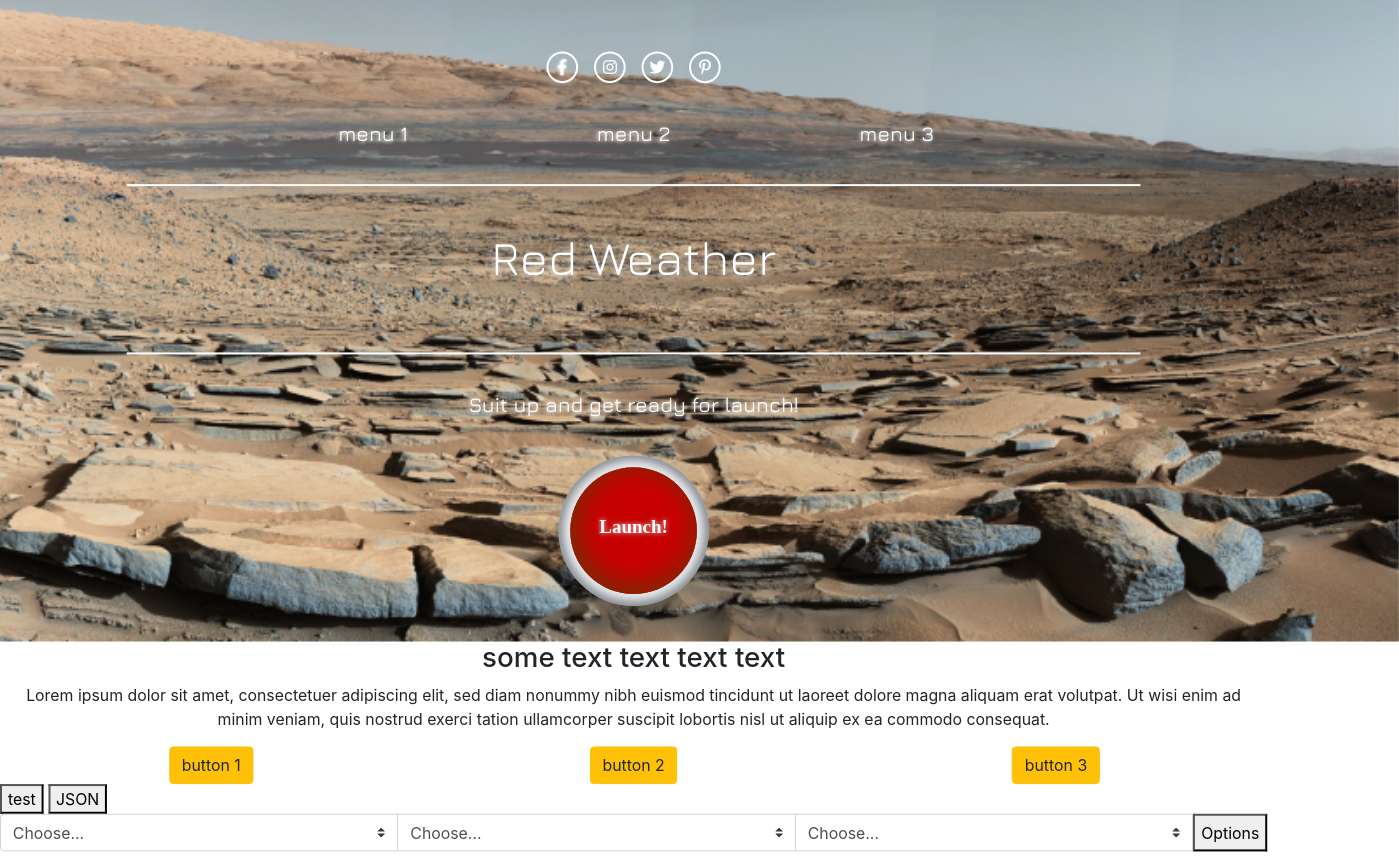
Repository: romqrq/Red-Planet-Explorer
Page: index.html
The author's editor kept a record of every edit. The page is drawn from the files as they stood at one moment, then again after the next edit.
The browser window is 1280 px wide. The page is 1413 px wide, so the pictures cover 1413 px, including what lies to the right of the window. The pictures show the whole page, at 99% of full size.
Some web fonts or font styles are not loaded; a fallback is used. Some web libraries are served in a nearby version.

Above is the page before.
Console error: ReferenceError: getKeys is not defined

After the next edit:
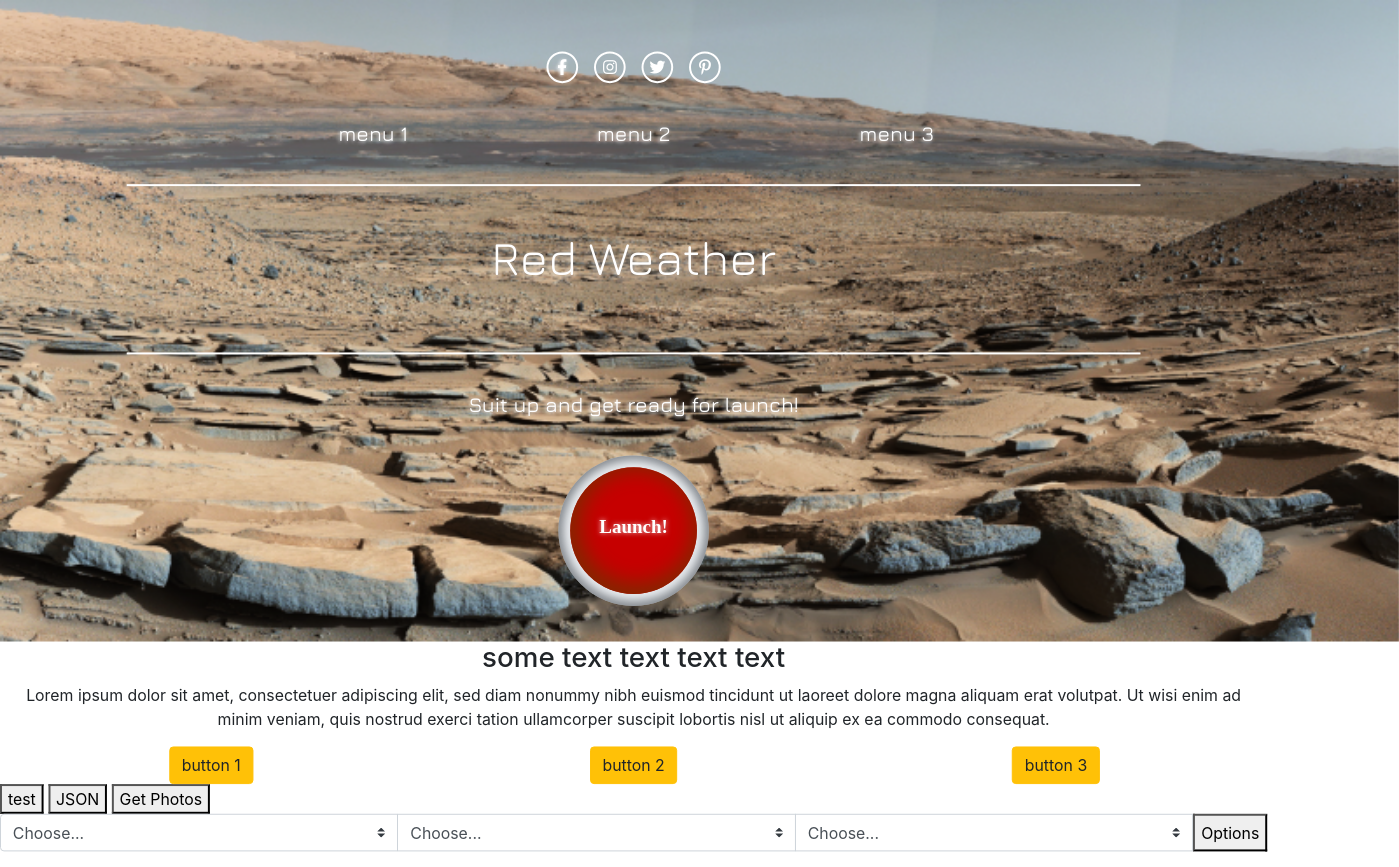
The edit:
--- a/index.html
+++ b/index.html
@@ -113,6 +113,7 @@
     </section>
     <button id="testbutton">test</button>
     <button id="getJSON">JSON</button>
+    <button id="getphotos">Get Photos</button>
     <div id="output"></div>
     <div id="output2"></div>
     <script>
